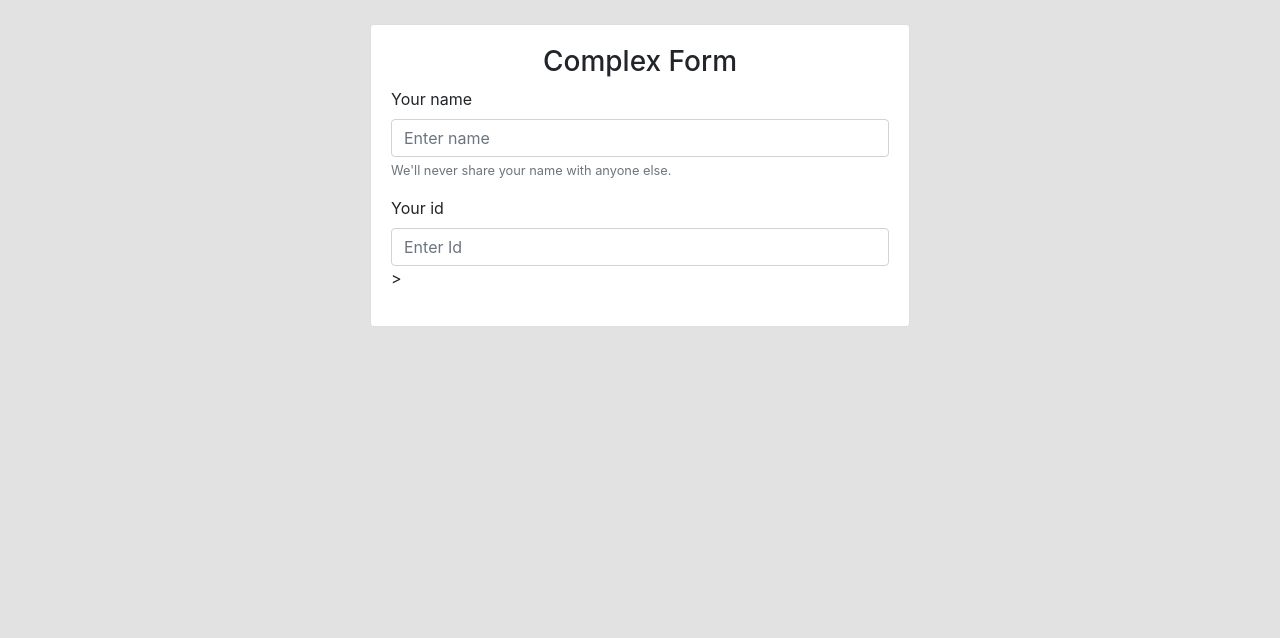
Repository: agupta003/3-18-2024
Page: http://localhost/spring-mvc-orm-db-Fileupload-multipart-resolver/WEB-INF/views/jsp/complex_form.jsp
The author's editor kept a copy of each file at every save. The page is drawn from the files as they stood at one save, then again after the next save.
The browser window is 1280 px wide. The pictures show the whole page.
Some web libraries are served in a nearby version. The page is served by Tomcat 10. Nobody is signed in. Other server files are loaded and not shown. The template is opened directly, without the code that normally fills it, so the values that code supplies are empty.

Above is the page before, as saved 2024-03-28 02:55:14.

### spring-mvc-orm-db-Fileupload-multipart-resolver/src/main/webapp/WEB-INF/views/jsp/complex_form.jsp
<!doctype html>
<html lang="en">
  <head>
    <!-- Required meta tags -->
    <meta charset="utf-8">
    <meta name="viewport" content="width=device-width, initial-scale=1, shrink-to-fit=no">

    <!-- Bootstrap CSS -->
    <link rel="stylesheet" href="https://cdn.jsdelivr.net/npm/bootstrap@4.0.0/dist/css/bootstrap.min.css" integrity="sha384-Gn5384xqQ1aoWXA+058RXPxPg6fy4IWvTNh0E263XmFcJlSAwiGgFAW/dAiS6JXm" crossorigin="anonymous">

    <title>Hello, world!</title>
  </head>
  <body class="" style="background:#e2e2e2;">
  <div class="container mt-4">
  <div class="row">
  <div class="col-md-6 offset-md-3">
  <div class="card">
  <div class="card-body">
  <h3 class="text-center">Complex Form</h3>
  <form action="handle">
  <div class="form-group">
  <label for="exampleInputEmail1">Your name</label> <input name="name" ytpe="text" class="form-control" id="exampleInputEmail1" aria-describedby="emailHelp" placeholder="Enter name">
  <small id="emailHelp" class="form-text text-muted">We'll never share your name with anyone else.</small>
  </div>
  <div class="form-group">
  	<label for="exampleInputEmail1">Your id</label> <input name="id" ytpe="text" class="form-control" id="exampleInputEmail1" aria-describedby="emailHelp" placeholder="Enter Id">></label></div>
  </form>
  </div>
  </div>
  </div>
  </div>
  </div>


    <!-- Optional JavaScript -->
    <!-- jQuery first, then Popper.js, then Bootstrap JS -->
    <script src="https://code.jquery.com/jquery-3.2.1.slim.min.js" integrity="sha384-KJ3o2DKtIkvYIK3UENzmM7KCkRr/rE9/Qpg6aAZGJwFDMVNA/GpGFF93hXpG5KkN" crossorigin="anonymous"></script>
    <script src="https://cdn.jsdelivr.net/npm/popper.js@1.12.9/dist/umd/popper.min.js" integrity="sha384-ApNbgh9B+Y1QKtv3Rn7W3mgPxhU9K/ScQsAP7hUibX39j7fakFPskvXusvfa0b4Q" crossorigin="anonymous"></script>
    <script src="https://cdn.jsdelivr.net/npm/bootstrap@4.0.0/dist/js/bootstrap.min.js" integrity="sha384-JZR6Spejh4U02d8jOt6vLEHfe/JQGiRRSQQxSfFWpi1MquVdAyjUar5+76PVCmYl" crossorigin="anonymous"></script>
  </body>
</html>

After the next save:
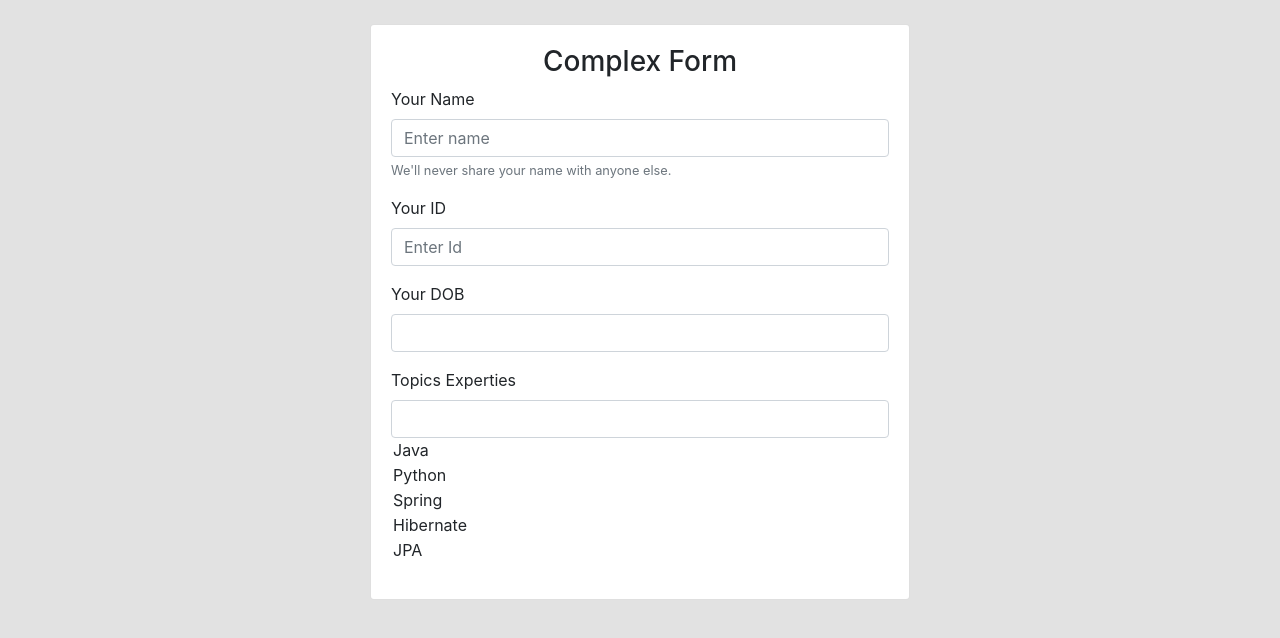
Saved 8 min 25 s later.
--- a/spring-mvc-orm-db-Fileupload-multipart-resolver/src/main/webapp/WEB-INF/views/jsp/complex_form.jsp
+++ b/spring-mvc-orm-db-Fileupload-multipart-resolver/src/main/webapp/WEB-INF/views/jsp/complex_form.jsp
@@ -19,11 +19,21 @@
   <h3 class="text-center">Complex Form</h3>
   <form action="handle">
   <div class="form-group">
-  <label for="exampleInputEmail1">Your name</label> <input name="name" ytpe="text" class="form-control" id="exampleInputEmail1" aria-describedby="emailHelp" placeholder="Enter name">
+  <label for="exampleInputEmail1">Your Name</label> <input name="name" ytpe="text" class="form-control" id="exampleInputEmail1" aria-describedby="emailHelp" placeholder="Enter name">
   <small id="emailHelp" class="form-text text-muted">We'll never share your name with anyone else.</small>
   </div>
   <div class="form-group">
-  	<label for="exampleInputEmail1">Your id</label> <input name="id" ytpe="text" class="form-control" id="exampleInputEmail1" aria-describedby="emailHelp" placeholder="Enter Id">></label></div>
+  	<label for="exampleInputEmail1">Your ID</label> <input name="id" ytpe="text" class="form-control" id="exampleInputEmail1" aria-describedby="emailHelp" placeholder="Enter Id"></label></div>
+  <div class="form-group">
+  <label for="exampleInputEmail1">Your DOB</label> <input name="date" ytpe="text" class="form-control" id="exampleInputEmail1" aria-describedby="emailHelp"></label></div>
+  <div class="form-group">
+  <label for="exampleFromControlSelect1">Topics Experties</label> <input name="subjects" ytpe="text" class="form-control" id="exampleFromControlSelect1" multiple>
+  <option>Java</option>
+  <option>Python</option>
+  <option>Spring</option>
+  <option>Hibernate</option>
+  <option>JPA</option>
+     </label></div></div>
   </form>
   </div>
   </div>
